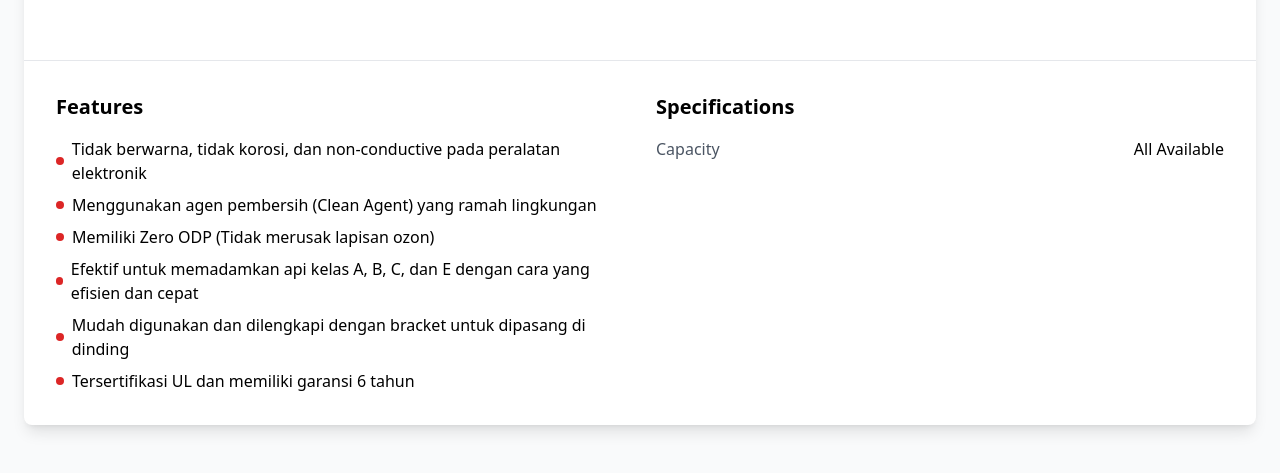
Repository: matrixmas/matrixmas.github.io
Page: /products/1
These files come from the project's save history. The page is drawn as it stood at one moment and after the next save; the edit follows.
The browser window is 1280 px wide. The pictures show the part of the page from y = 608 to 1081 px (the page is 1081 px tall before and 1001 px after).
The project was rebuilt for these pictures with package versions that can differ from the ones it lists, and the page was loaded fresh each time. Also part of the build but not shown: vite.config.ts, src/pages/Home.tsx, src/pages/Products.tsx, src/pages/About.tsx, src/pages/Contact.tsx.

Above is the page before, as saved 2025-02-04 13:46:02.

After the next save:
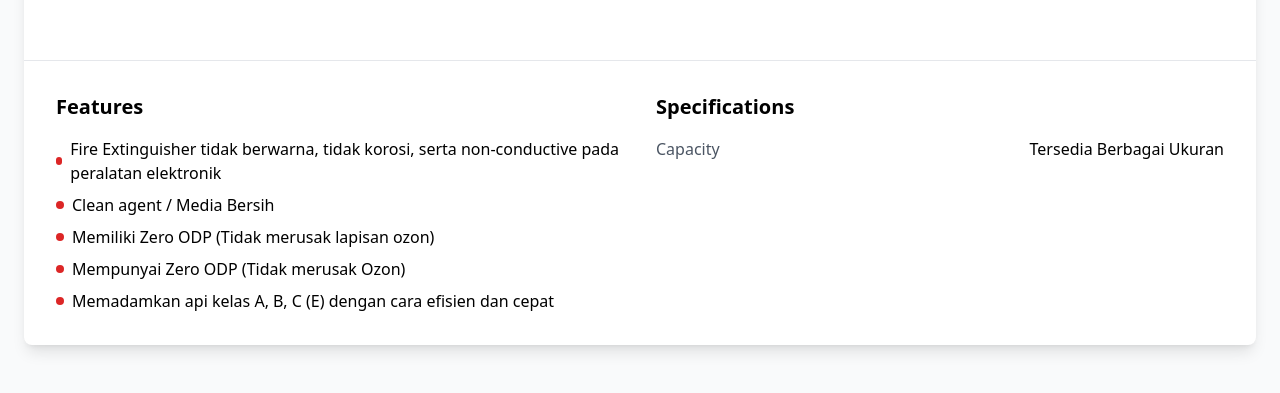
Saved 21 s later.
--- a/src/pages/ProductDetail.tsx
+++ b/src/pages/ProductDetail.tsx
@@ -10,16 +10,16 @@ name: "GAS MATRIX (Ramah Lingkungan)",
 image: "https://images.unsplash.com/photo-1629814210609-0d984e86bfb8?auto=format&fit=crop&q=80",
 description: "GAS MATRIX (Ramah Lingkungan) – Disemprot langsung mati apinya, ideal untuk memadamkan api dengan cepat dan efisien. Solusi ramah lingkungan untuk kebutuhan keamanan kebakaran Anda.",
 features: [
-  "Tidak berwarna, tidak korosi, dan non-conductive pada peralatan elektronik",
-  "Menggunakan agen pembersih (Clean Agent) yang ramah lingkungan",
+  "Fire Extinguisher tidak berwarna, tidak korosi, serta non-conductive pada peralatan elektronik",
+  "Clean agent / Media Bersih",
   "Memiliki Zero ODP (Tidak merusak lapisan ozon)",
-  "Efektif untuk memadamkan api kelas A, B, C, dan E dengan cara yang efisien dan cepat",
-  "Mudah digunakan dan dilengkapi dengan bracket untuk dipasang di dinding",
-  "Tersertifikasi UL dan memiliki garansi 6 tahun"
-],
-specifications: {
-  capacity: "All Available",
-}
+  "Mempunyai Zero ODP (Tidak merusak Ozon)",
+  "Memadamkan api kelas A, B, C (E) dengan cara efisien dan cepat",
+  ],
+  specifications: {
+    capacity: "Tersedia Berbagai Ukuran",
+
+  }
   },
   {
     id: 2,
